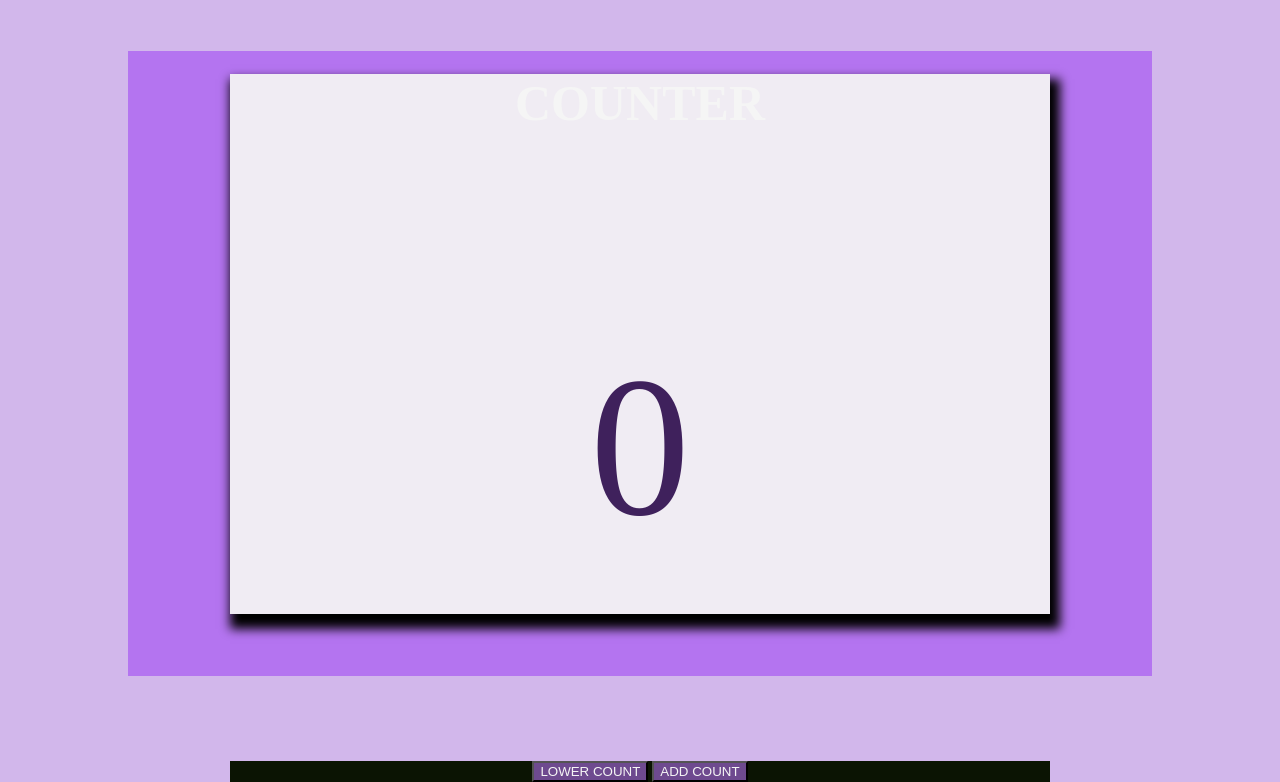
Repository: AnahitKhechumyan/Counter
Page: index.html
These files come from the project's save history. The page is drawn as it stood at one moment and after the next save; the edit follows.
The browser window is 1280 px wide. The pictures show the whole page.

Above is the page before, as saved 2022-02-14 20:40:36.
Console error: TypeError: Cannot set properties of null (setting 'innerHTML')

After the next save:
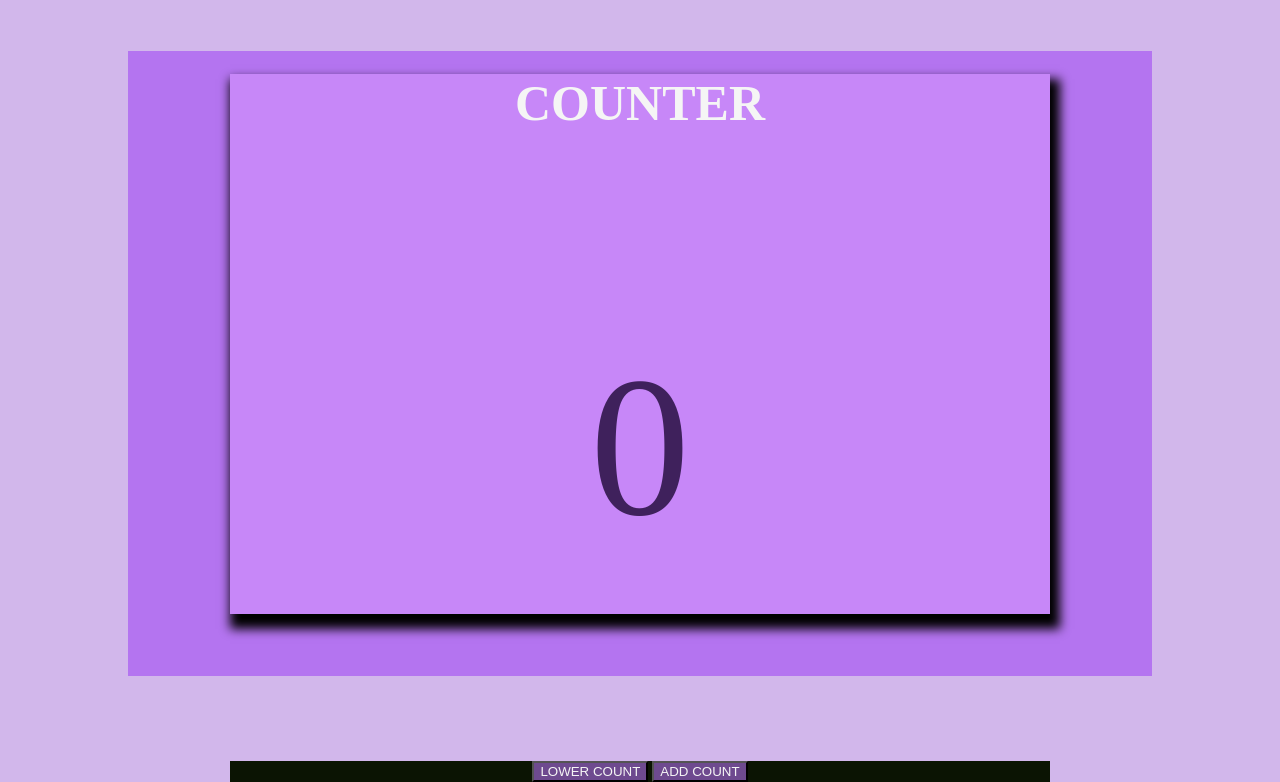
Saved 2 min 59 s later.
--- a/style.css
+++ b/style.css
@@ -11,7 +11,7 @@ body{
 
 }
 .main{
-    background-color: rgb(240, 236, 243);
+    background-color: rgb(199, 135, 248);
     width: 80%;
     height: 75vh;
     margin: 1% 10%;
